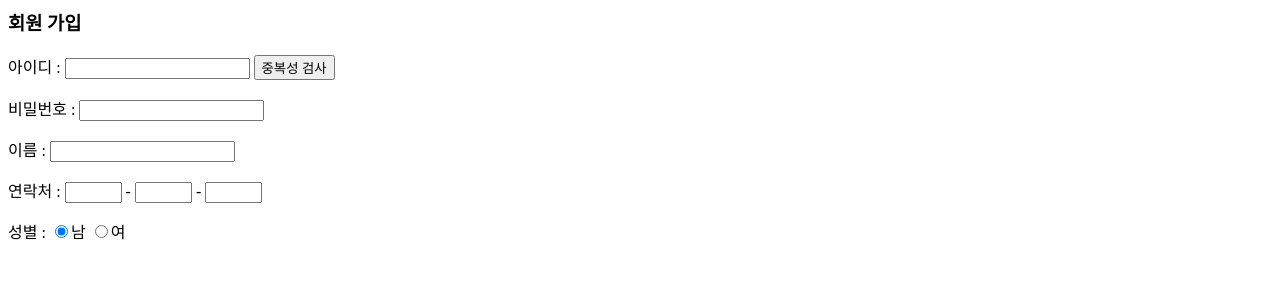
Repository: peanutBana/jsp_project
Page: http://localhost/JSPBook/ch06/form03.jsp
The author's editor kept a copy of each file at every save. The page is drawn from the files as they stood at one save, then again after the next save.
The browser window is 1280 px wide. The pictures show the whole page.
The page is served by Tomcat 9.

Above is the page before, as saved 2022-10-05 00:52:22.

After the next save:
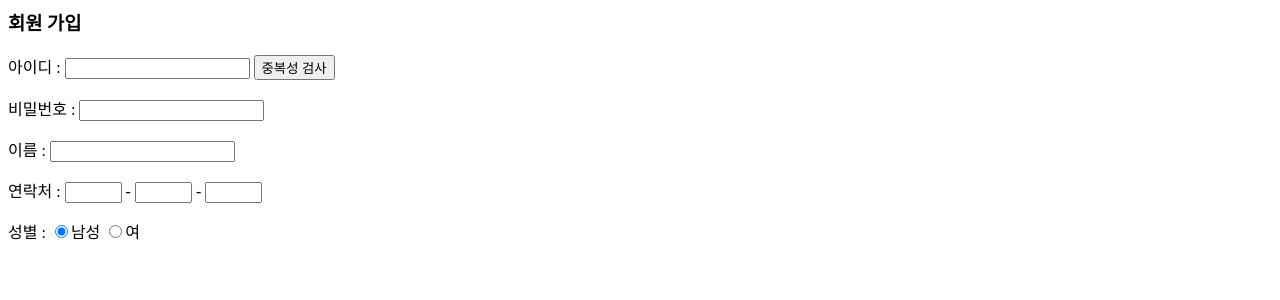
Saved 1 s later.
--- a/JSPBook/src/main/webapp/ch06/form03.jsp
+++ b/JSPBook/src/main/webapp/ch06/form03.jsp
@@ -12,7 +12,7 @@
 		<p>연락처 : <input type="text" maxlength="4" size="4" name="phone1"> -
 				  <input type="text" maxlength="4" size="4" name="phone2"> -
 				  <input type="text" maxlength="4" size="4" name="phone3">
-		<p>성별 : <input type="radio" name="sex" value="남성" checked>남
+		<p>성별 : <input type="radio" name="sex" value="남성" checked>남성
 				 <input type="radio" name="sex" value="여성">여
 	</form
 </body>
